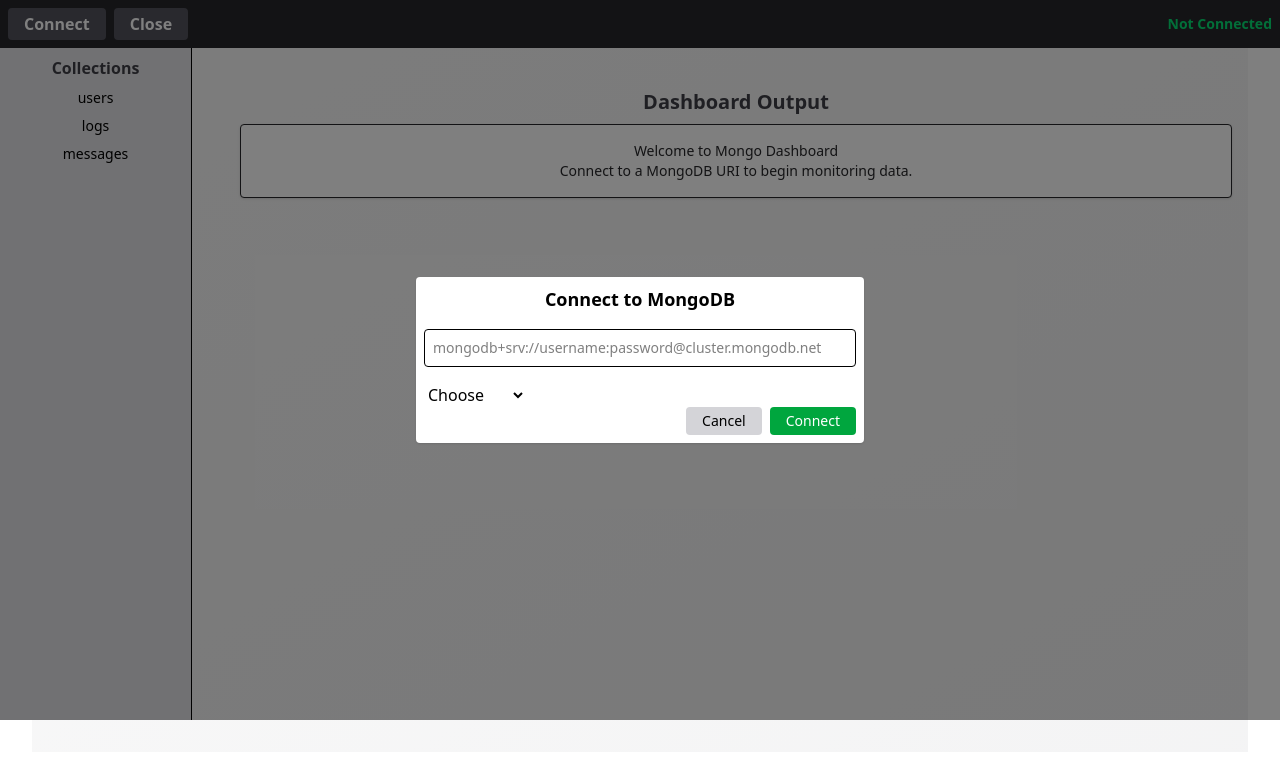
Repository: aryan151pratap/Dashboard
Page: / (app in frontened/), after clicking the first element matching `button.capitalize`
These files come from the project's save history. The page is drawn as it stood at one moment and after the next save; the edit follows.
The browser window is 1280 px wide. The pictures show the whole page.
The project was rebuilt for these pictures with package versions that can differ from the ones it lists, and the page was loaded fresh each time. Also part of the build but not shown: frontened/vite.config.js.

Above is the page before, as saved 2025-06-24 13:28:53.

After the next save:
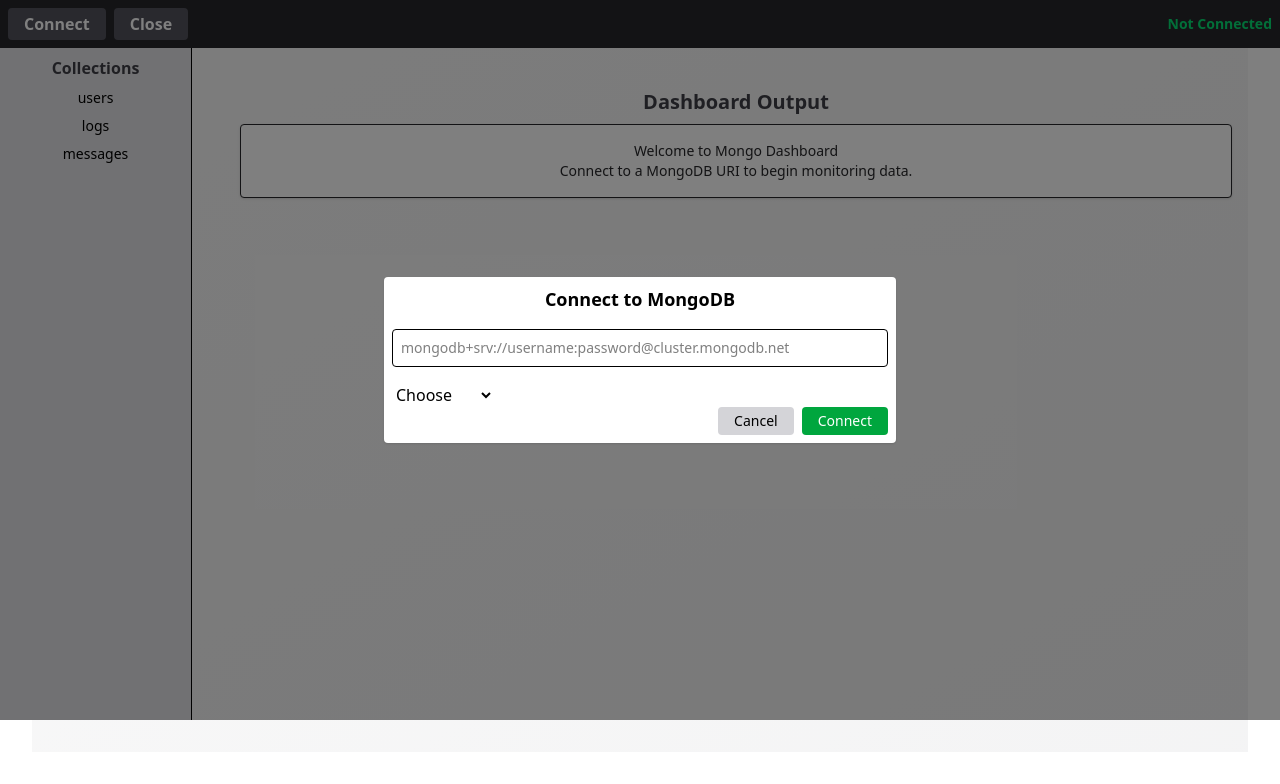
Saved 9 s later.
--- a/frontened/src/component/connect.jsx
+++ b/frontened/src/component/connect.jsx
@@ -21,7 +21,7 @@
 	return(
 		<>
 		<div className="fixed inset-0 bg-black/50 flex justify-center items-center z-20">
-			<div className="bg-white p-2 rounded w-full max-w-xs sm:max-w-md shadow">
+			<div className="bg-white p-2 rounded w-full max-w-xs sm:max-w-md md:max-w-lg shadow">
 				<h2 className="text-lg font-semibold mb-4">Connect to MongoDB</h2>
 				<input
 					type="text"
